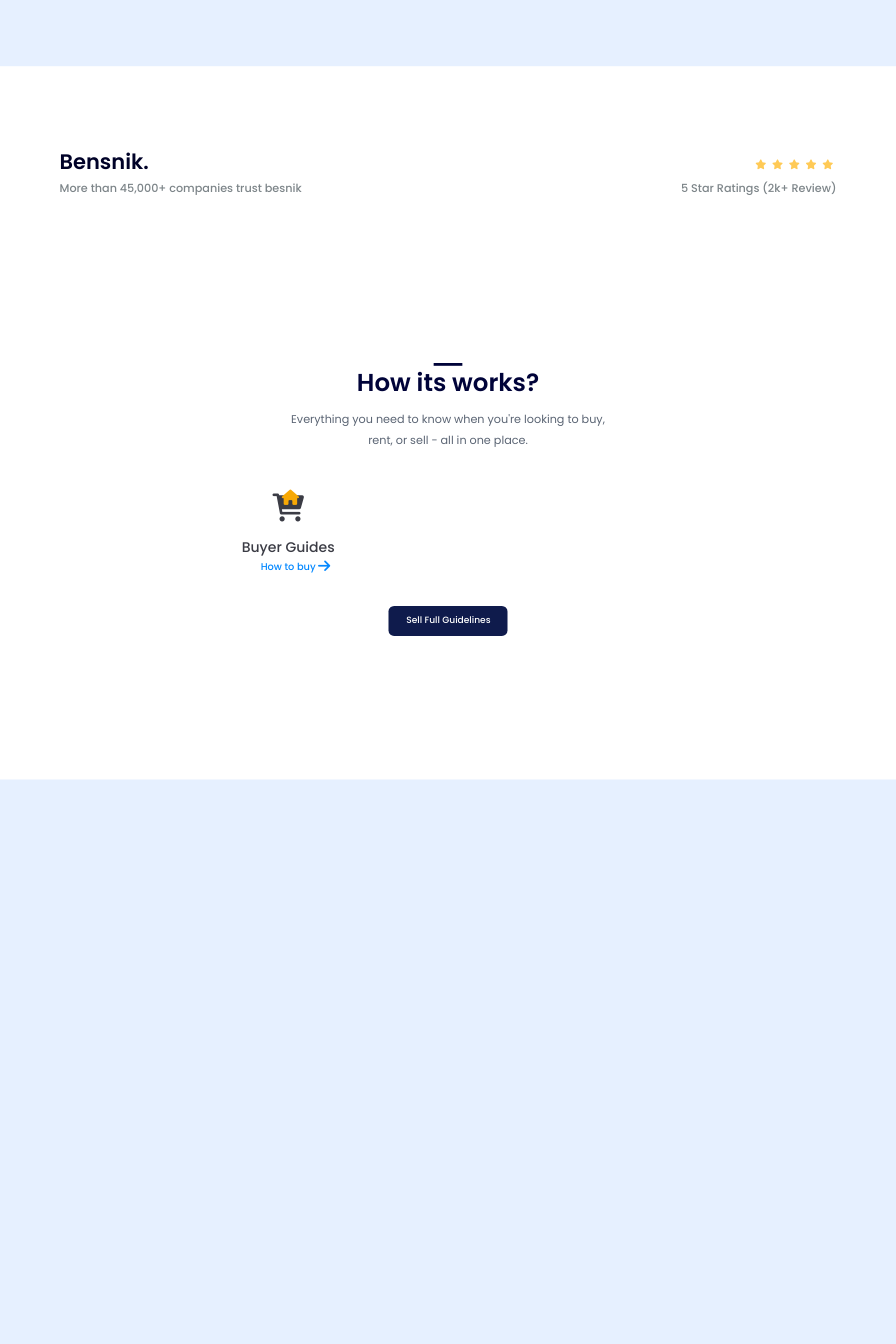
Repository: kauittt/f8-htmlcss-01
Page: index.html
These files come from the project's save history. The page is drawn as it stood at one moment and after the next save; the edit follows.
The browser window is 1280 px wide. The pictures show the part of the page from y = 642 to 2562 px (the page is 3771 px tall), at 70% of full size.

Above is the page before, as saved 2022-12-31 20:58:15.

After the next save:
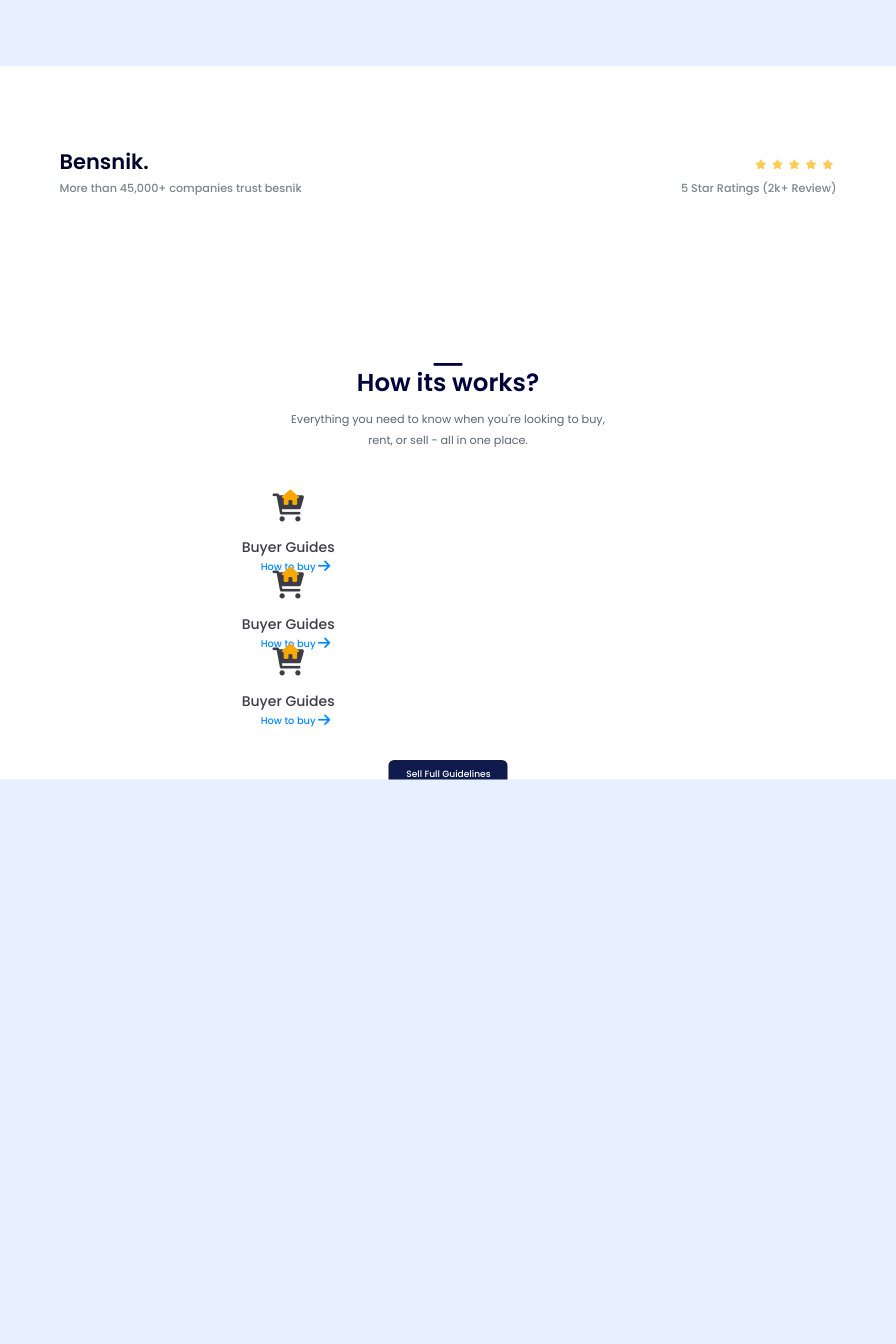
Saved 10 s later.
--- a/index.html
+++ b/index.html
@@ -104,6 +104,38 @@
                             ></i>
                         </p>
                     </div>
+                    <div class="desc-guide-item">
+                        <i
+                            class="desc-guide-item__icon fa-solid fa-cart-shopping"
+                        >
+                        </i>
+                        <i
+                            class="desc-guide-item__childIcon fa-solid fa-house"
+                        ></i>
+                        <p class="desc-guide-item__name">Buyer Guides</p>
+                        <p class="desc-guide-item__instruc">
+                            How to buy
+                            <i
+                                class="desc-guide-item__instruc__icon fa-solid fa-arrow-right"
+                            ></i>
+                        </p>
+                    </div>
+                    <div class="desc-guide-item">
+                        <i
+                            class="desc-guide-item__icon fa-solid fa-cart-shopping"
+                        >
+                        </i>
+                        <i
+                            class="desc-guide-item__childIcon fa-solid fa-house"
+                        ></i>
+                        <p class="desc-guide-item__name">Buyer Guides</p>
+                        <p class="desc-guide-item__instruc">
+                            How to buy
+                            <i
+                                class="desc-guide-item__instruc__icon fa-solid fa-arrow-right"
+                            ></i>
+                        </p>
+                    </div>
                 </div>
 
                 <p class="desc__link btn">Sell Full Guidelines</p>
